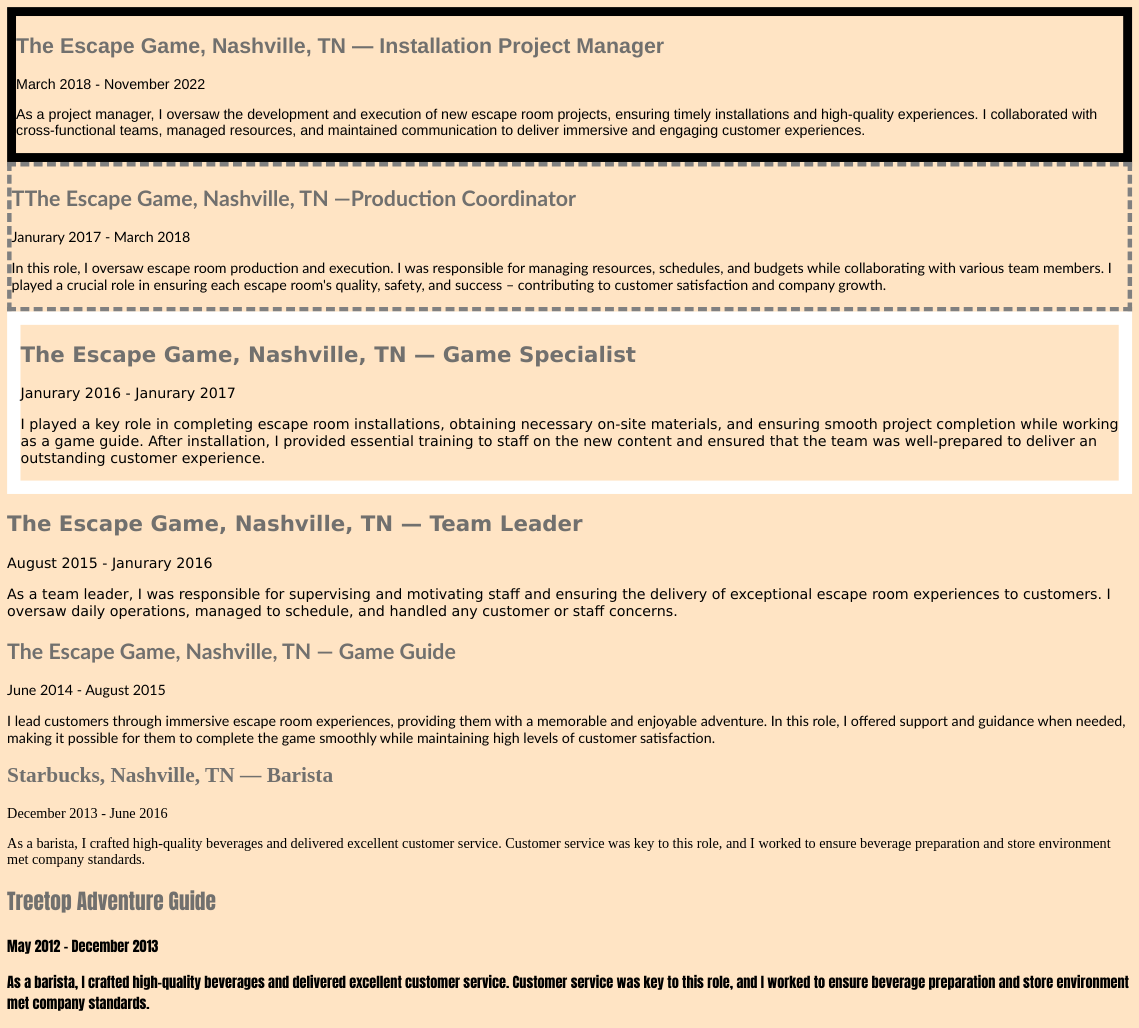
Repository: jgramirez0210/LAB-HTML-Resume
Page: index.html
These files come from the project's save history. The page is drawn as it stood at one moment and after a run of saves; the edit follows.
The browser window is 1280 px wide. The pictures show the whole page, at 89% of full size.

Above is the page before, as saved 2023-10-10 15:36:21.

### index.html
<!DOCTYPE html>
<html lang="en">
<head>
  <meta charset="UTF-8">
  <meta name="viewport" content="width=device-width, initial-scale=1.0">
  <title>Jesse's Work Experience</title>
  <link rel="stylesheet" href="main.css">
</head>
<body>
  <article id="job7">
    <h2>The Escape Game, Nashville, TN — Installation Project Manager </h2>
    <time datetime="2018-03" >March 2018</time> - <time datetime="2022-10" >November 2022</time></time>
    <p>As a project manager, I oversaw the development and execution of new escape room projects, ensuring timely installations and high-quality experiences. I collaborated with cross-functional teams, managed resources, and maintained communication to deliver immersive and engaging customer experiences.</p>
  </article>
  <article id="job6">
    <h2>TThe Escape Game, Nashville, TN —Production Coordinator</h2>
    <time datetime="2017-01" >Janurary 2017</time> - <time datetime="2018-3" >March 2018</time></time>
    <p>In this role, I oversaw escape room production and execution. I was responsible for managing resources, schedules, and budgets while collaborating with various team members. I played a crucial role in ensuring each escape room's quality, safety, and success – contributing to customer satisfaction and company growth.
    </p>
  </article>
  <article id="job5">
    <h2>The Escape Game, Nashville, TN — Game Specialist</h2>
    <time datetime="2016-01" >Janurary 2016</time> - <time datetime="2017-01" >Janurary 2017</time></time>
    <p>I played a key role in completing escape room installations, obtaining necessary on-site materials, and ensuring smooth project completion while working as a game guide. After installation, I provided essential training to staff on the new content and ensured that the team was well-prepared to deliver an outstanding customer experience.
    </p>
  </article>
  <article id="job4">
    <h2>The Escape Game, Nashville, TN — Team Leader</h2>
    <time datetime="2015-0" >August 2015</time> - <time datetime="2016-01" >Janurary 2016</time></time>
    <p>As a team leader, I was responsible for supervising and motivating staff and ensuring the delivery of exceptional escape room experiences to customers. I oversaw daily operations, managed to schedule, and handled any customer or staff concerns.
    </p>
  </article>
  <article id="job3">
    <h2>The Escape Game, Nashville, TN — Game Guide</h2>
    <time datetime="2014-06" >June 2014</time> - <time datetime="2015-08" >August 2015</time></time>
    <p>I lead customers through immersive escape room experiences, providing them with a memorable and enjoyable adventure. In this role, I offered support and guidance when needed, making it possible for them to complete the game smoothly while maintaining high levels of customer satisfaction.
    </p>
  </article>
  <article id="job2">
    <h2>Starbucks, Nashville, TN — Barista</h2>
    <time datetime="2013-12" >December 2013</time> - <time datetime="2014-06" >June 2016</time></time>
    <p>As a barista, I crafted high-quality beverages and delivered excellent customer service. Customer service was key to this role, and I worked to ensure beverage preparation and store environment met company standards.
    </p>
  </article>
  <article id="job1">
    <h2>Treetop Adventure Guide</h2>
    <time datetime="2012-05" >May 2012</time> - <time datetime="2013-12" >December 2013</time></time>
    <p>As a barista, I crafted high-quality beverages and delivered excellent customer service. Customer service was key to this role, and I worked to ensure beverage preparation and store environment met company standards.
    </p>
  </article>
  <script src="main.js"></script>
</body>
</html>

### main.css
#job7 {
  font-family:'Franklin Gothic Medium', 'Arial Narrow', Arial, sans-serif;
  border: 10px solid black;
}
#job6 {
  font-family:'Gill Sans', 'Gill Sans MT', Calibri, 'Trebuchet MS', sans-serif;
  border: 5px dashed gray;
}
#job5 {
  font-family:'Lucida Sans', 'Lucida Sans Regular', 'Lucida Grande', 'Lucida Sans Unicode', Geneva, Verdana, sans-serif;
  border: 15px solid white;
}
#job4 {
  font-family:Verdana, Geneva, Tahoma, sans-serif;
  border: 7px
}
#job3 {
  font-family:'Trebuchet MS', 'Lucida Sans Unicode', 'Lucida Grande', 'Lucida Sans', Arial, sans-serif;
}
#job2 {
  font-family:'Times New Roman', Times, serif;
}
#job1 {
  font-family:Impact, Haettenschweiler, 'Arial Narrow Bold', sans-serif
}
h2 {
  color: #71706e;
}
body {
background-color: bisque;
}

Loaded but not shown: main.js (no stored copy; drawn as an empty file)

After the next 2 saves:
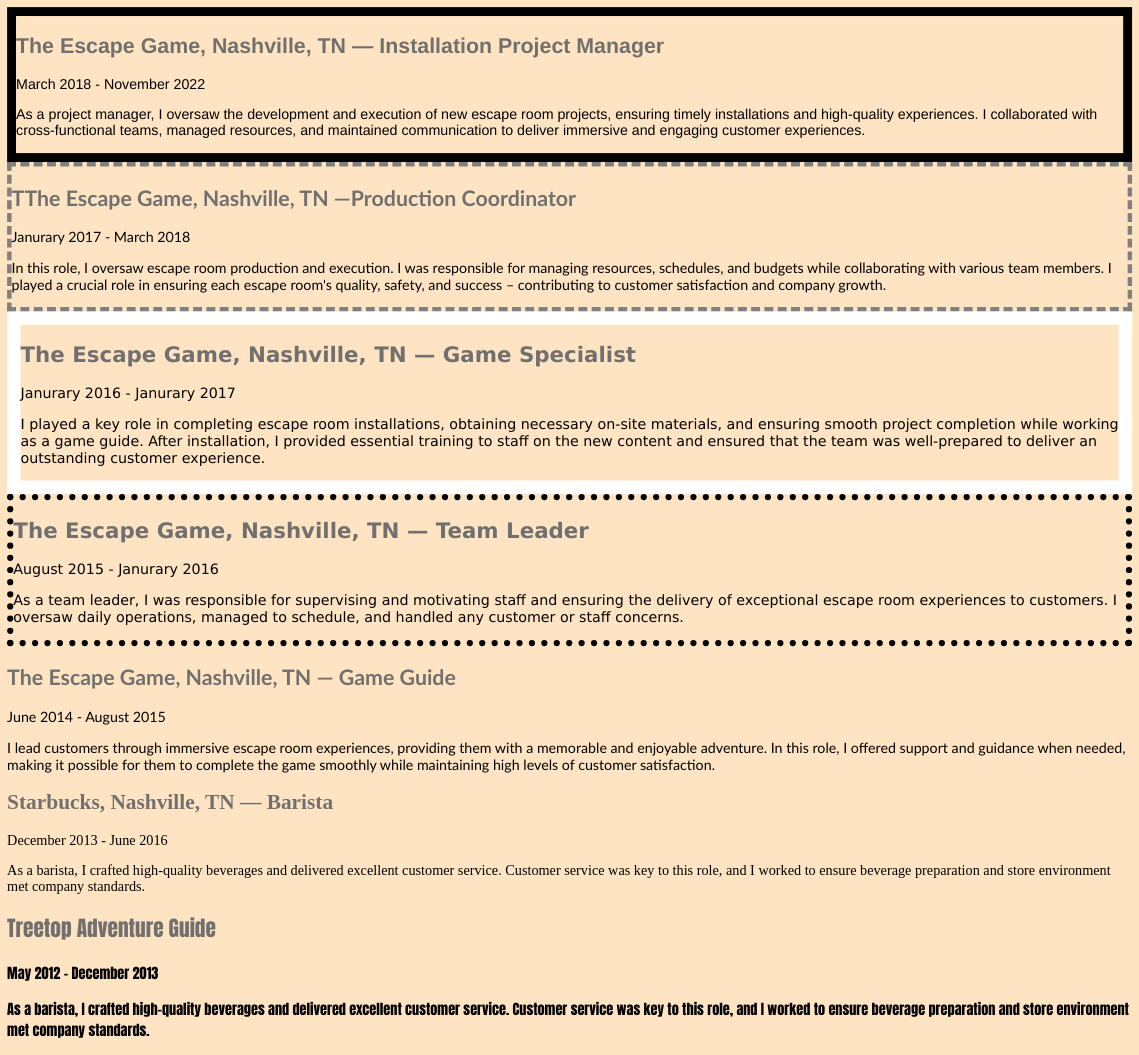
The 2 saves are shown as one change because they came seconds apart.
The last was saved 34 s later.
--- a/main.css
+++ b/main.css
@@ -12,7 +12,7 @@
 }
 #job4 {
   font-family:Verdana, Geneva, Tahoma, sans-serif;
-  border: 7px
+  border: 7px dotted
 }
 #job3 {
   font-family:'Trebuchet MS', 'Lucida Sans Unicode', 'Lucida Grande', 'Lucida Sans', Arial, sans-serif;

After the save that followed:
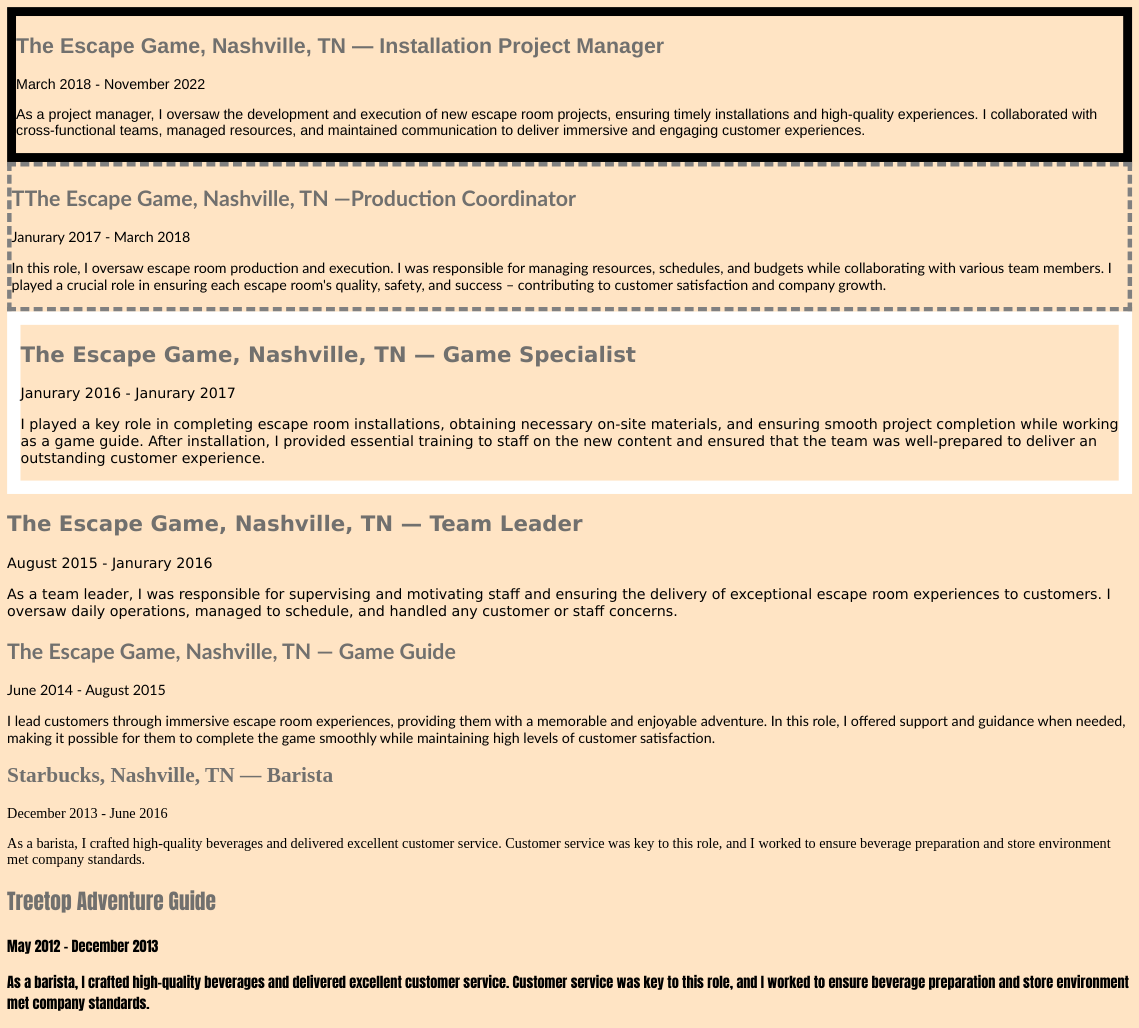
Saved 13 s later.
--- a/main.css
+++ b/main.css
@@ -12,7 +12,7 @@
 }
 #job4 {
   font-family:Verdana, Geneva, Tahoma, sans-serif;
-  border: 7px dotted
+  border: 7px dotted char
 }
 #job3 {
   font-family:'Trebuchet MS', 'Lucida Sans Unicode', 'Lucida Grande', 'Lucida Sans', Arial, sans-serif;
